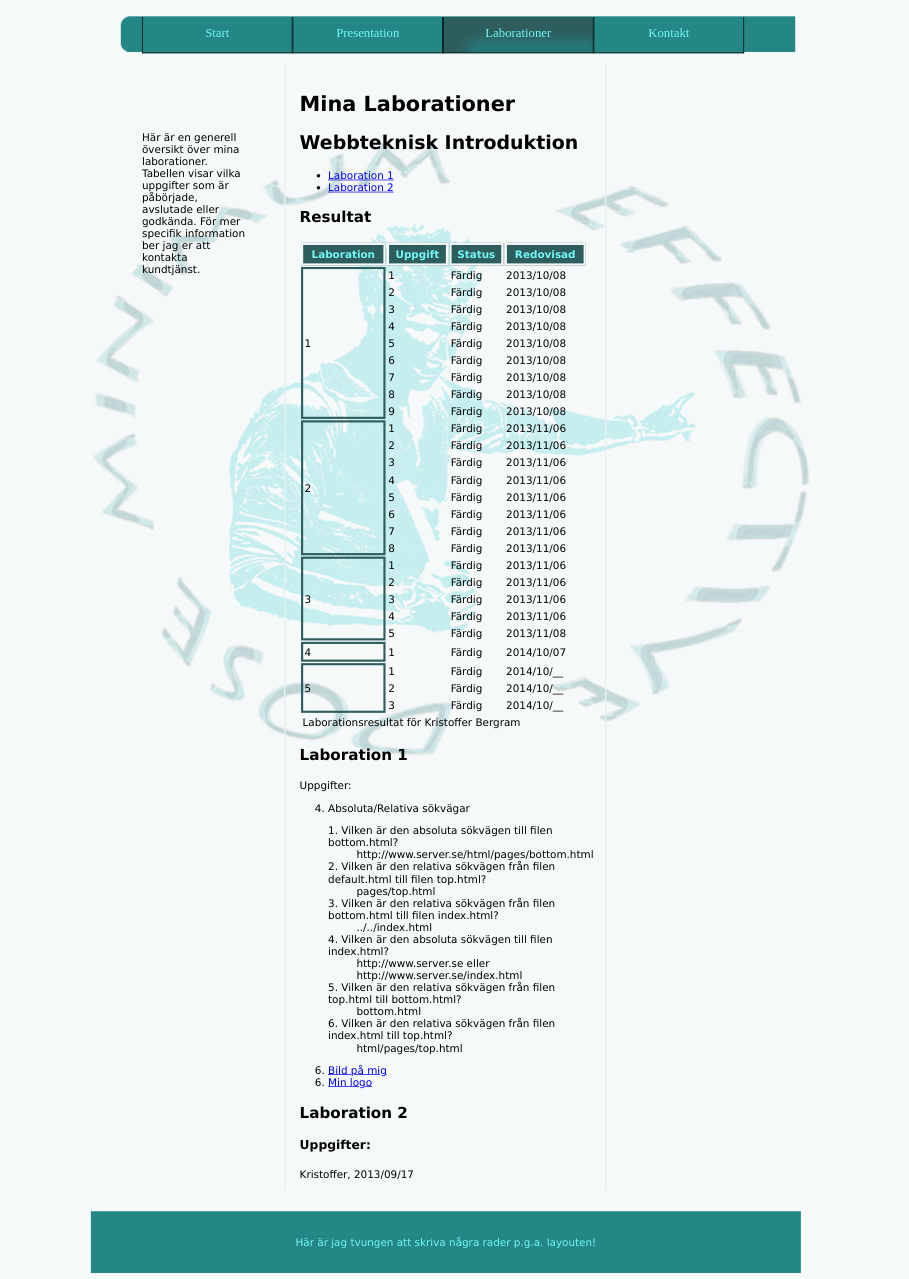
Repository: kb222jf/1ik415-laborationer
Page: Pages/Laborationer.html
The author's editor kept a record of every edit. The page is drawn from the files as they stood at one moment, then again after the next edit.
The browser window is 1280 px wide. The pictures show the whole page, at 71% of full size.
Backgrounds fixed to the window are drawn as part of the page.

Above is the page before.

After the next edit:
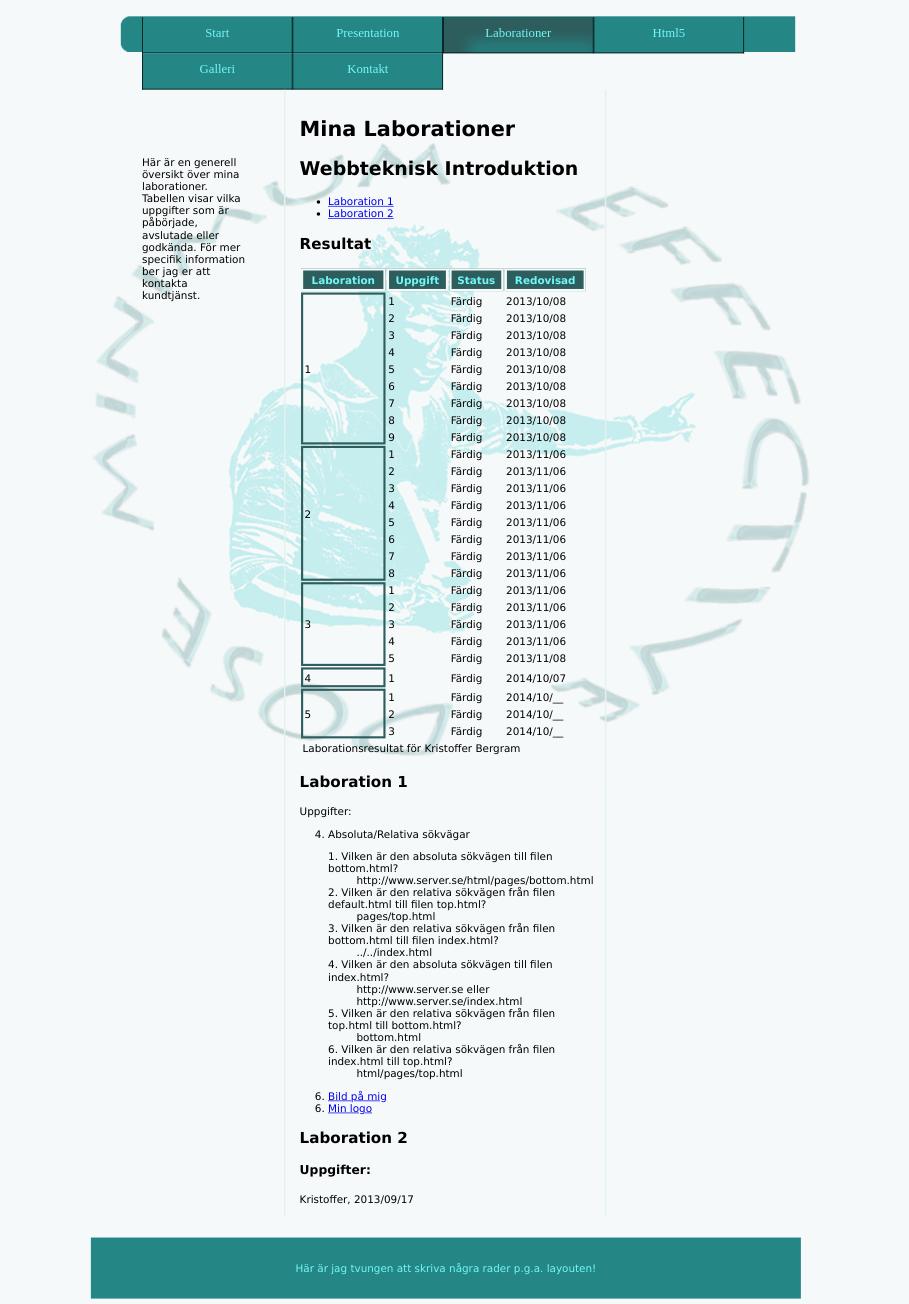
The edit:
--- a/Pages/Laborationer.html
+++ b/Pages/Laborationer.html
@@ -32,10 +32,12 @@
 <!-- Meny start-->
     <div id="navigation">
         <ul>
-            <li><a href="../Index.html">Start</a></li>
-            <li><a href="Presentation.html">Presentation</a></li>
-            <li><a href="Laborationer.html" class="active">Laborationer</a></li>
-            <li><a href="Kontakt.html">Kontakt</a></li>
+            <li><a href="Index.html">Start</a></li>
+            <li><a href="Pages/Presentation.html">Presentation</a></li>
+            <li><a href="Pages/Laborationer.html" class="active">Laborationer</a></li>
+            <li><a href="Pages/Html5.html">Html5</a></li>
+            <li><a href="Gallery/index.html">Galleri</a></li>
+            <li><a href="Pages/Kontakt.html">Kontakt</a></li>
         </ul>
     </div>
 <!-- Meny slut-->
